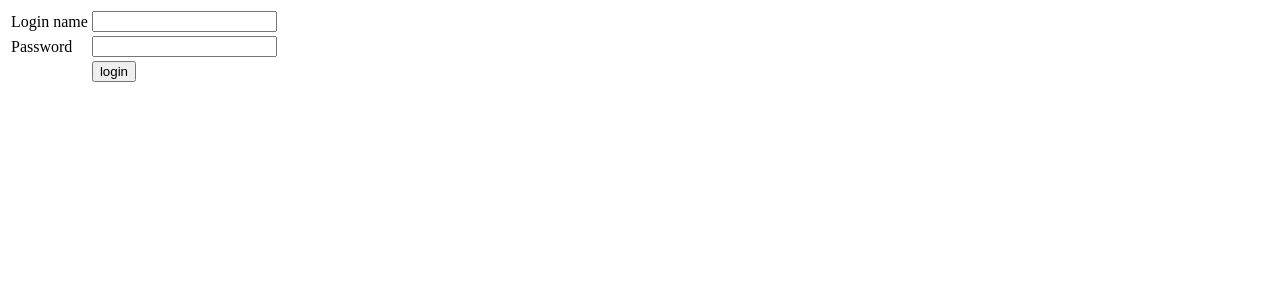
Repository: zuzinmeko/maven_project
Page: http://localhost/02-hello-servlet/
These files come from the project's save history. The page is drawn as it stood at one moment and after the next save; the edit follows.
The browser window is 1280 px wide. The pictures show the whole page.
The page is served by Tomcat 9. Other server files are loaded and not shown.

Above is the page before, as saved 2020-12-15 05:47:01.

### 02-hello-servlet/src/main/webapp/index.jsp
<%@ page language="java" contentType="text/html; charset=ISO-8859-1"
    pageEncoding="ISO-8859-1"%>
<!DOCTYPE html>
<html>
<head>
<meta charset="ISO-8859-1">
<title>Insert title here</title>
</head>
<body>
	<form action="#">
	<table>
		<tr>
			<td>Login name</td>
			<td>
			<input type="text" name="uname"/>
			</td>
		</tr>
		<tr>
			<td>Password</td>
			<td>
			<input type="password" name="pass"/>
			</td>
		</tr>
		<tr>
			<td></td>
			<td>
			<input type="submit" value="login" />
			</td>
		</tr>
	</table>
	</form>
</body>
</html>

After the next save:
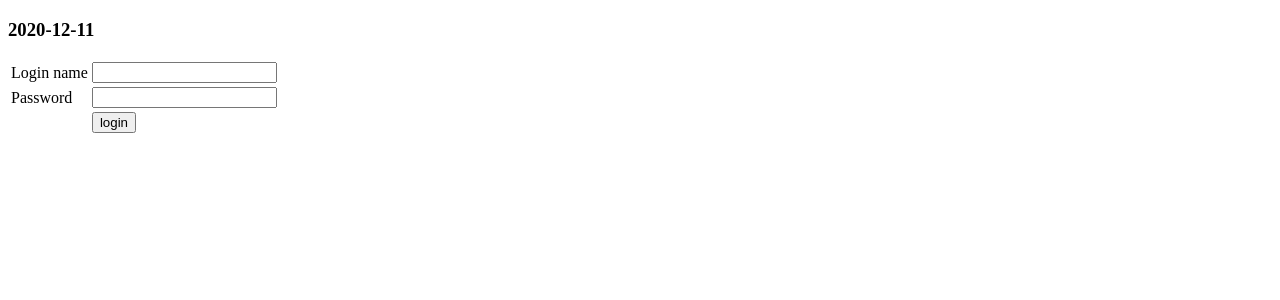
Saved 8 min 54 s later.
--- a/02-hello-servlet/src/main/webapp/index.jsp
+++ b/02-hello-servlet/src/main/webapp/index.jsp
@@ -1,3 +1,4 @@
+<%@page import="java.time.LocalDate"%>
 <%@ page language="java" contentType="text/html; charset=ISO-8859-1"
     pageEncoding="ISO-8859-1"%>
 <!DOCTYPE html>
@@ -7,6 +8,7 @@
 <title>Insert title here</title>
 </head>
 <body>
+<h3><% out.println(LocalDate.now()); %></h3>
 	<form action="#">
 	<table>
 		<tr>
